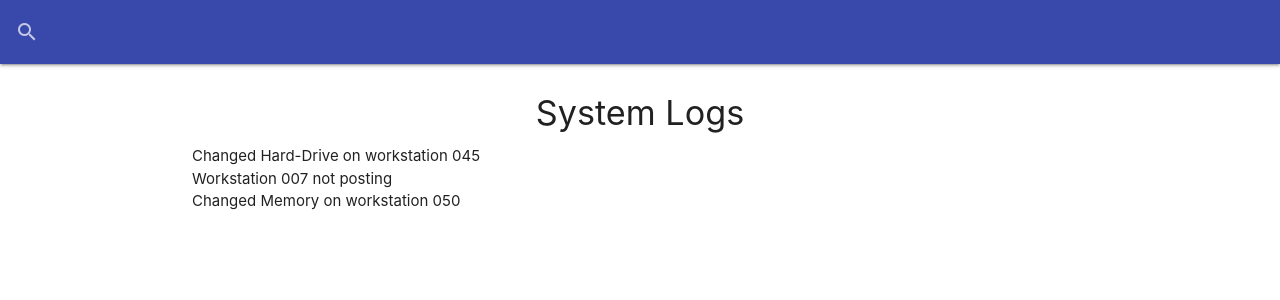
Repository: syedabdulrahim/IT_Logger
Page: /
These files come from the project's save history. The page is drawn as it stood at one moment and after the next save; the edit follows.
The browser window is 1280 px wide. The pictures show the whole page.
The project was rebuilt for these pictures with package versions that can differ from the ones it lists, and the page was loaded fresh each time. Requests to the local data server were answered from the project's data file. Also part of the build but not shown: src/App.css.

Above is the page before, as saved 2020-10-29 15:08:28.

After the next save:
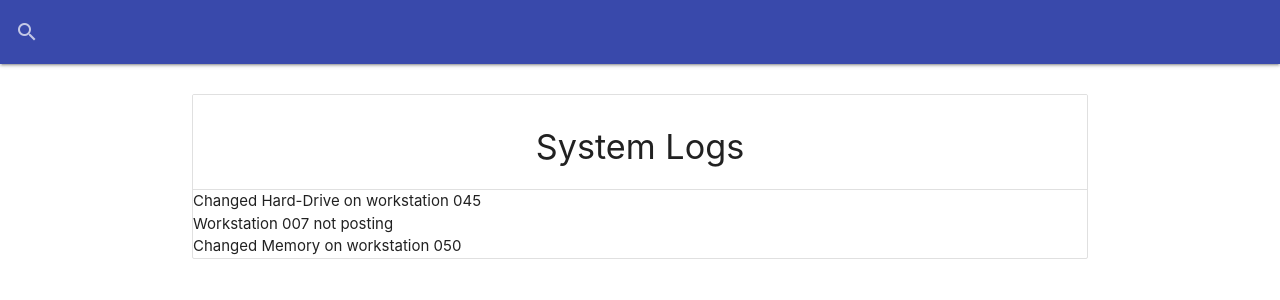
Saved 9 min 30 s later.
--- a/src/components/logs/Logs.js
+++ b/src/components/logs/Logs.js
@@ -29,7 +29,7 @@ const Logs = (props) => {
 
     return (
         <div>
-            <ul className="collection-with-header">
+            <ul className="collection with-header">
                 <li className="collection-header">
                     <h4 className="center">System Logs</h4>
                 </li>
